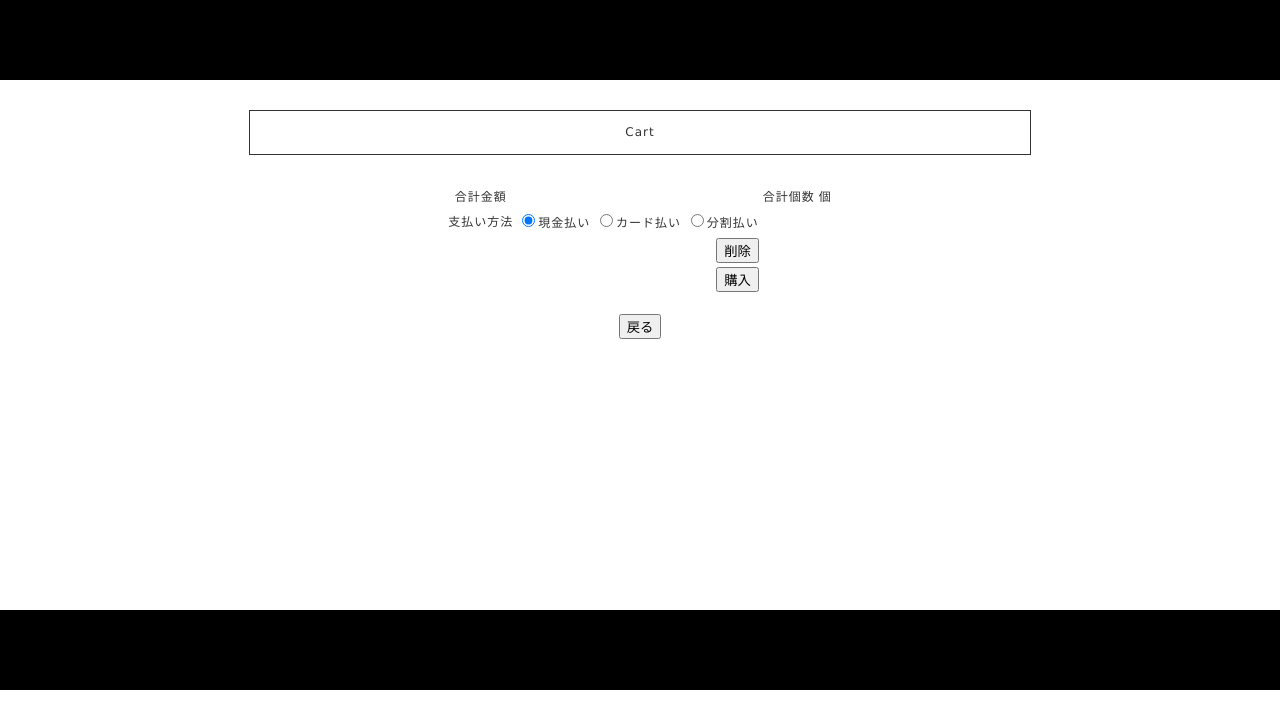
Repository: kazuki7291/backup
Page: http://localhost/template/cart.jsp
An editor plug-in stored every save of this project. The page is shown before and after a run of saves, followed by the edit.
The browser window is 1280 px wide. The pictures show the whole page.
Some web libraries are served in a nearby version. The page is served by Tomcat 9. Other server files are loaded and not shown.

Above is the page before, as saved 2018-01-10 12:12:22.

### template/WebContent/cart.jsp

<%@ page language="java" contentType="text/html; charset=UTF-8"
	pageEncoding="UTF-8"%>
<%@ taglib prefix="s" uri="/struts-tags"%>

<!DOCTYPE html>
<html>
<head>
	<meta charset="utf-8">
	<meta http-equiv="Content-Type" content="text/html; charset=utf-8" />
	<meta http-equiv="Content-Style-Type" content="text/css" />
	<meta http-equiv="Content-Script-Type" content="text/javascript" />
	<meta http-equiv="imagetoolbar" content="no" />
	<meta name="description" content="" />
	<meta name="keywords" content="" />
	<meta charset="utf-8">
	<script src="http://ajax.googleapis.com/ajax/libs/jquery/1.9.1/jquery.min.js"></script>
	<title>Cart画面</title>
	<style type="text/css">
	/* ========TAG LAYOUT======== */
		body {
		   margin:0;
		   padding:0;
		   line-height:1.6;
		   letter-spacing:1px;
		   font-family:Verdana, Helvetica, sans-serif;
		   font-size:12px;
		   color:#333;
		   background:#fff;
		}

		table {
			text-align:center;
			margin:0 auto;
		}

	/* ========ID LAYOUT======== */
		#top {
		   width:780px;
		   margin:30px auto;
		   border:1px solid #333;
		}

		#header {
		   width: 100%;
		   height: 80px;
		   background-color: black;
		}

		#main {
		   width: 100%;
		   height: 500px;
		   text-align: center;
		}

		#footer {
			width: 100%;
			height: 80px;
			background-color: black;
			clear:both;
		}
	</style>
	<script type="text/javascript">
		function submitAction(url) {
			$('form').attr('action', url);
			$('form').submit();
		}
	</script>
</head>
<body>
	<div id="header">
	 	<div id="pr">
		</div>
	</div>
	<div id="main">
		<div id="top">
			<p>Cart</p>
		</div>
		<div>
		<s:if test="session.total_count == 0">
			<td>商品情報がありません。</td>
		</s:if>

		<s:else>
			<s:form>
			<s:iterator value = "session.buyitemCartList">
				<tr>
					<td>
						<s:property value="itemName" />
					</td>
					<td>
						<s:property value="itemPrice" />
					</td>
					<td></td>
					<td>
						<s:property value="count" /><span>個</span>
					</td>
					<td>
						<input type="checkbox" name="DeleteFlag" value="<s:property value='id' />"/>
					</td>
				</tr>
			</s:iterator>
				<tr>
					<td>合計金額</td>
					<td><s:property value="session.total_price"/></td>
					<td>合計個数</td>
					<td><s:property value="session.total_count"/><span>個</span></td>
				</tr>
				<tr>
					<td>支払い方法</td>
					<td>
						<input type="radio" name="pay" value="1" checked="checked">現金払い
						<input type="radio" name="pay" value="2">カード払い
						<input type="radio" name="pay" value="3">分割払い
					</td>
					<td>
						<s:submit value="削除"  action="DeleteCartAction"/>
						<s:submit value="購入"  action="GobuyItemConfirmAction"/>
					</td>
				</tr>
							</s:form>
		</s:else>
				<tr>
					<td>
						<br>
					</td>
				</tr>
				<tr>
					<td><input type="button" value="戻る" onclick="submitAction('HomeAction')" /></td>
					 <td><!--<input type="button" value="購入" onclick="submitAction('GobuyItemConfirmAction')" /> --></td>
				</tr>

		</div>
	</div>
	<div id="footer">
		<div id="pr">
		</div>
	</div>
</body>
</html>

After the next 2 saves:
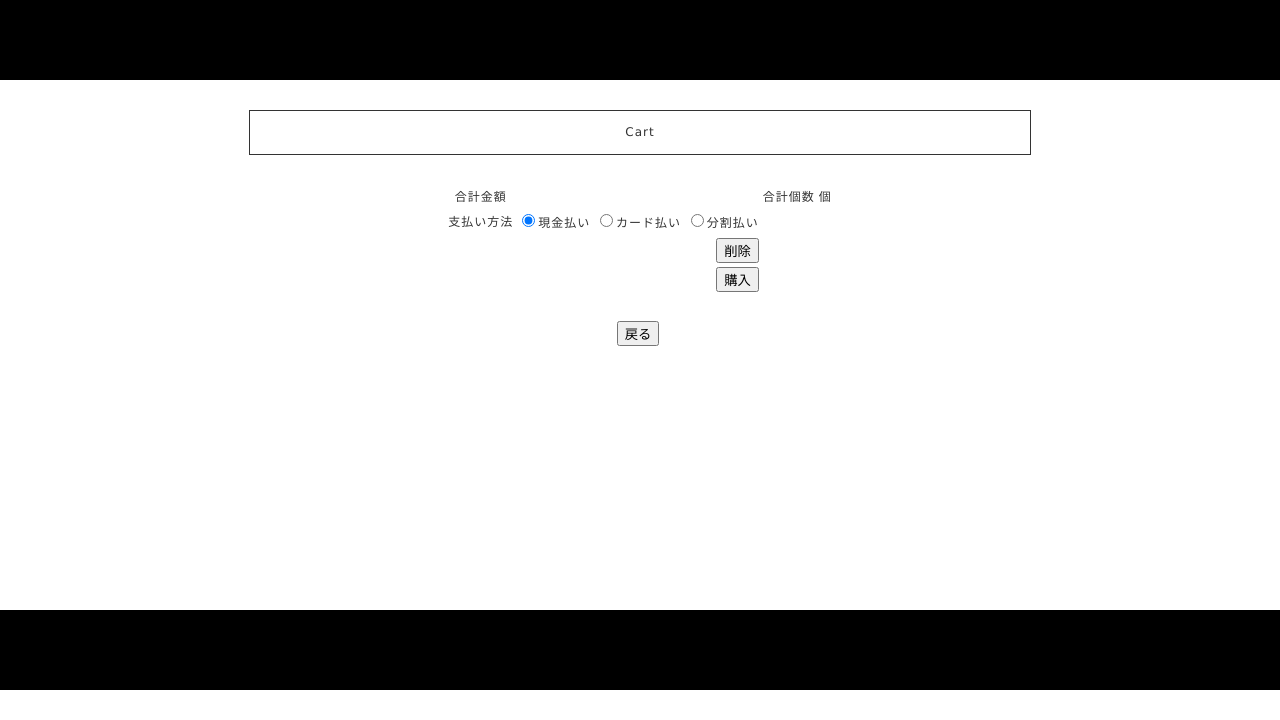
The 2 saves are shown as one change because they came seconds apart.
The last was saved 24 s later.
--- a/template/WebContent/cart.jsp
+++ b/template/WebContent/cart.jsp
@@ -120,6 +120,7 @@
 				</tr>
 							</s:form>
 		</s:else>
+		<s:form>
 				<tr>
 					<td>
 						<br>
@@ -129,7 +130,7 @@
 					<td><input type="button" value="戻る" onclick="submitAction('HomeAction')" /></td>
 					 <td><!--<input type="button" value="購入" onclick="submitAction('GobuyItemConfirmAction')" /> --></td>
 				</tr>
-
+		</s:form>
 		</div>
 	</div>
 	<div id="footer">
